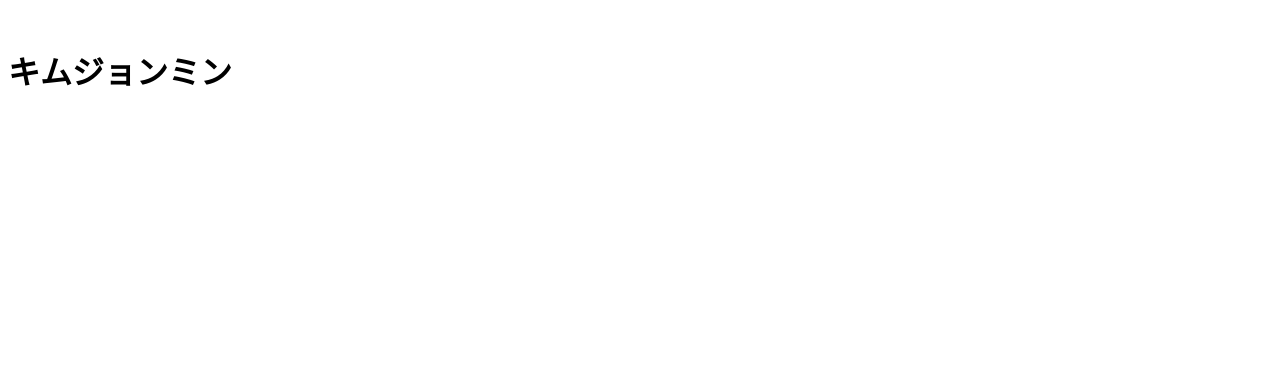
Repository: N1C0N1C0/Portfolio
Page: index.html
These files come from the project's save history. The page is drawn as it stood at one moment and after the next save; the edit follows.
The browser window is 1280 px wide. The pictures show the whole page.
Some web libraries are served in a nearby version.

Above is the page before, as saved 2023-12-11 21:22:42.

### index.html
<!DOCTYPE html>
<html lang="jp">
<head>
    <meta charset="UTF-8">
    <meta name="viewport" content="width=device-width, initial-scale=1.0">
    <!-- SEO -->
    <title>My&#39s Portfolio</title>
    <meta
        name="description"
        content="Portfolio for job change"
    />
    <meta
        name="author" content="KimJeongmin"
    />
    <link rel="shortcut icon" href="images/favicon.ico" type="image/x-icon">
    <!-- OG(OPEN Graph Data) -->
    <meta property="og:title" content="Portfolio"/>
    <meta property="og:type" content="website"/>
    <meta property="og:url" content="URL generated after deployment"/>
    <meta property="og:image" content="Image URL created after deployment"/>
    <!-- Google Fonts -->
    <link rel="preconnect" href="https://fonts.googleapis.com">
    <link rel="preconnect" href="https://fonts.gstatic.com" crossorigin>
    <link href="https://fonts.googleapis.com/css2?family=Noto+Sans+JP:wght@300;400;500&family=Open+Sans:wght@400;600&display=swap" rel="stylesheet">
    <!-- Font Awesome -->
    <script src="https://kit.fontawesome.com/04742e9fab.js" crossorigin="anonymous"></script>
    <!-- CSS -->
    <link rel="stylesheet" href="css/style.css">
    <!-- Javascript -->
    <script src="src/main.js" defer></script>
</head>
<body>
    <!-- Header -->
    <header>
        <div>
            <img src="" alt="">
            <h1>キムジョンミン</h1>
        </div>
        <nav></nav>
    </header>
    <!-- Main -->
    <main>
        <!-- Home -->
        <section></section>
        <!-- About -->
        <section></section>
        <!-- Skills -->
        <section></section>
        <!-- Work -->
        <section></section>
        <!-- Testimonials -->
        <section></section>
        <!-- Arrow up -->
        <aside></aside>
    </main>
    <!-- Footer -->
    <footer></footer>
</body>
</html>

Loaded but not shown: css/style.css (no copy from this time; the picture is the same without it); src/main.js (no copy from this time; the picture is the same without it)

After the next save:
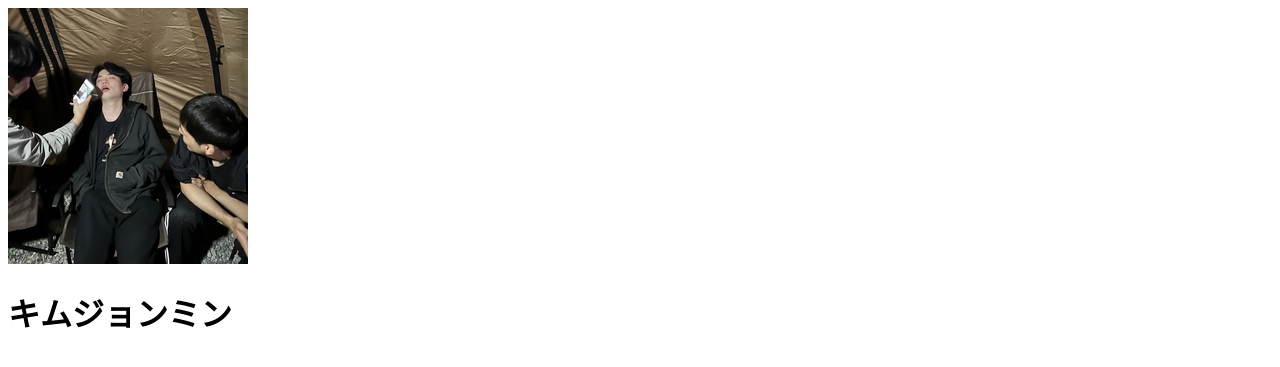
Saved 23 s later.
--- a/index.html
+++ b/index.html
@@ -33,7 +33,7 @@
     <!-- Header -->
     <header>
         <div>
-            <img src="" alt="">
+            <img src="images/favicon.ico" alt="logo">
             <h1>キムジョンミン</h1>
         </div>
         <nav></nav>
